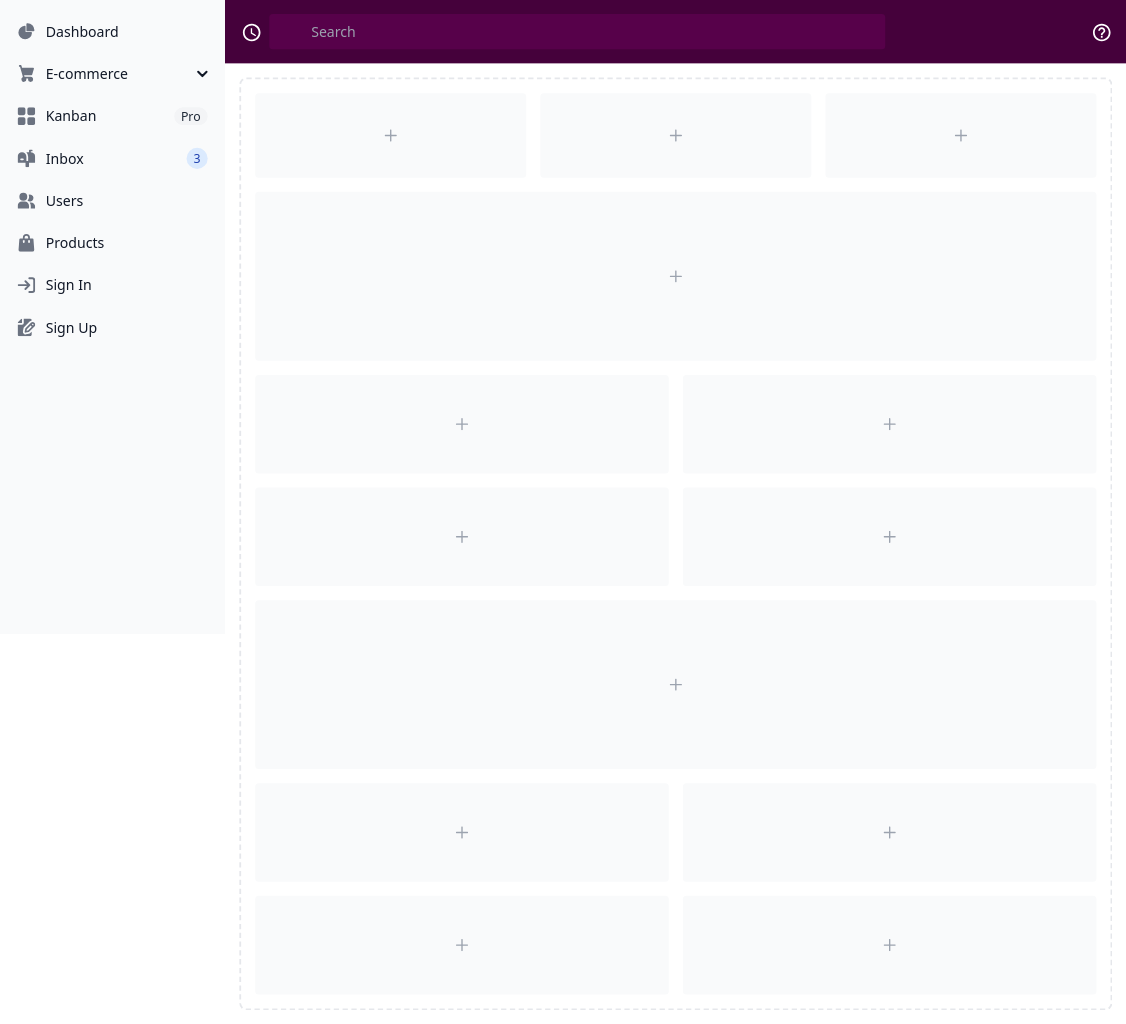
Repository: Shamraiz761/Slack_clone
Page: /
An editor plug-in stored every save of this project. The page is shown before and after the next save, followed by the edit.
The browser window is 1280 px wide. The pictures show the whole page, at 88% of full size.
The project was rebuilt for these pictures with package versions that can differ from the ones it lists, and the page was loaded fresh each time. Also part of the build but not shown: vite.config.js.

Above is the page before, as saved 2024-01-14 18:33:31.

### src/App.jsx

import React from 'react'
import Header from './components/header/Header'
import Sidebar from './components/sidebar/Sidebar'
function App() {

  return (
   <div>
    <Header />
    <Sidebar />
   </div>
  )
}

export default App

### src/components/sidebar/Sidebar.jsx
import React from 'react'


function Sidebar() {
  return (
    <div>
    <button data-drawer-target="sidebar-multi-level-sidebar" data-drawer-toggle="sidebar-multi-level-sidebar" aria-controls="sidebar-multi-level-sidebar" type="button" className="inline-flex items-center p-2 mt-2 ms-3 text-sm text-gray-500 rounded-lg sm:hidden hover:bg-gray-100 focus:outline-none focus:ring-2 focus:ring-gray-200 dark:text-gray-400 dark:hover:bg-gray-700 dark:focus:ring-gray-600">
       <span className="sr-only">Open sidebar</span>
       <svg className="w-6 h-6" aria-hidden="true" fill="currentColor" viewBox="0 0 20 20" xmlns="http://www.w3.org/2000/svg">
       <path clip-rule="evenodd" fill-rule="evenodd" d="M2 4.75A.75.75 0 012.75 4h14.5a.75.75 0 010 1.5H2.75A.75.75 0 012 4.75zm0 10.5a.75.75 0 01.75-.75h7.5a.75.75 0 010 1.5h-7.5a.75.75 0 01-.75-.75zM2 10a.75.75 0 01.75-.75h14.5a.75.75 0 010 1.5H2.75A.75.75 0 012 10z"></path>
       </svg>
    </button>

    <aside id="sidebar-multi-level-sidebar" className="fixed top-0 left-0 z-40 w-64 h-screen transition-transform -translate-x-full sm:translate-x-0" aria-label="Sidebar">
       <div className="h-full px-3 py-4 overflow-y-auto bg-gray-50 dark:bg-gray-800">
          <ul className="space-y-2 font-medium">
             <li>
                <a href="#" className="flex items-center p-2 text-gray-900 rounded-lg dark:text-white hover:bg-gray-100 dark:hover:bg-gray-700 group">
                   <svg className="w-5 h-5 text-gray-500 transition duration-75 dark:text-gray-400 group-hover:text-gray-900 dark:group-hover:text-white" aria-hidden="true" xmlns="http://www.w3.org/2000/svg" fill="currentColor" viewBox="0 0 22 21">
                      <path d="M16.975 11H10V4.025a1 1 0 0 0-1.066-.998 8.5 8.5 0 1 0 9.039 9.039.999.999 0 0 0-1-1.066h.002Z"/>
                      <path d="M12.5 0c-.157 0-.311.01-.565.027A1 1 0 0 0 11 1.02V10h8.975a1 1 0 0 0 1-.935c.013-.188.028-.374.028-.565A8.51 8.51 0 0 0 12.5 0Z"/>
                   </svg>
                   <span className="ms-3">Dashboard</span>
                </a>
             </li>
             <li>
                <button type="button" className="flex items-center w-full p-2 text-base text-gray-900 transition duration-75 rounded-lg group hover:bg-gray-100 dark:text-white dark:hover:bg-gray-700" aria-controls="dropdown-example" data-collapse-toggle="dropdown-example">
                      <svg className="flex-shrink-0 w-5 h-5 text-gray-500 transition duration-75 group-hover:text-gray-900 dark:text-gray-400 dark:group-hover:text-white" aria-hidden="true" xmlns="http://www.w3.org/2000/svg" fill="currentColor" viewBox="0 0 18 21">
                         <path d="M15 12a1 1 0 0 0 .962-.726l2-7A1 1 0 0 0 17 3H3.77L3.175.745A1 1 0 0 0 2.208 0H1a1 1 0 0 0 0 2h.438l.6 2.255v.019l2 7 .746 2.986A3 3 0 1 0 9 17a2.966 2.966 0 0 0-.184-1h2.368c-.118.32-.18.659-.184 1a3 3 0 1 0 3-3H6.78l-.5-2H15Z"/>
                      </svg>
                      <span className="flex-1 ms-3 text-left rtl:text-right whitespace-nowrap">E-commerce</span>
                      <svg className="w-3 h-3" aria-hidden="true" xmlns="http://www.w3.org/2000/svg" fill="none" viewBox="0 0 10 6">
                         <path stroke="currentColor" stroke-linecap="round" stroke-linejoin="round" stroke-width="2" d="m1 1 4 4 4-4"/>
                      </svg>
                </button>
                <ul id="dropdown-example" className="hidden py-2 space-y-2">
                      <li>
                         <a href="#" className="flex items-center w-full p-2 text-gray-900 transition duration-75 rounded-lg pl-11 group hover:bg-gray-100 dark:text-white dark:hover:bg-gray-700">Products</a>
                      </li>
                      <li>
                         <a href="#" className="flex items-center w-full p-2 text-gray-900 transition duration-75 rounded-lg pl-11 group hover:bg-gray-100 dark:text-white dark:hover:bg-gray-700">Billing</a>
                      </li>
                      <li>
                         <a href="#" className="flex items-center w-full p-2 text-gray-900 transition duration-75 rounded-lg pl-11 group hover:bg-gray-100 dark:text-white dark:hover:bg-gray-700">Invoice</a>
                      </li>
                </ul>
             </li>
             <li>
                <a href="#" className="flex items-center p-2 text-gray-900 rounded-lg dark:text-white hover:bg-gray-100 dark:hover:bg-gray-700 group">
                   <svg className="flex-shrink-0 w-5 h-5 text-gray-500 transition duration-75 dark:text-gray-400 group-hover:text-gray-900 dark:group-hover:text-white" aria-hidden="true" xmlns="http://www.w3.org/2000/svg" fill="currentColor" viewBox="0 0 18 18">
                      <path d="M6.143 0H1.857A1.857 1.857 0 0 0 0 1.857v4.286C0 7.169.831 8 1.857 8h4.286A1.857 1.857 0 0 0 8 6.143V1.857A1.857 1.857 0 0 0 6.143 0Zm10 0h-4.286A1.857 1.857 0 0 0 10 1.857v4.286C10 7.169 10.831 8 11.857 8h4.286A1.857 1.857 0 0 0 18 6.143V1.857A1.857 1.857 0 0 0 16.143 0Zm-10 10H1.857A1.857 1.857 0 0 0 0 11.857v4.286C0 17.169.831 18 1.857 18h4.286A1.857 1.857 0 0 0 8 16.143v-4.286A1.857 1.857 0 0 0 6.143 10Zm10 0h-4.286A1.857 1.857 0 0 0 10 11.857v4.286c0 1.026.831 1.857 1.857 1.857h4.286A1.857 1.857 0 0 0 18 16.143v-4.286A1.857 1.857 0 0 0 16.143 10Z"/>
                   </svg>
                   <span className="flex-1 ms-3 whitespace-nowrap">Kanban</span>
                   <span className="inline-flex items-center justify-center px-2 ms-3 text-sm font-medium text-gray-800 bg-gray-100 rounded-full dark:bg-gray-700 dark:text-gray-300">Pro</span>
                </a>
             </li>
             <li>
                <a href="#" className="flex items-center p-2 text-gray-900 rounded-lg dark:text-white hover:bg-gray-100 dark:hover:bg-gray-700 group">
                   <svg className="flex-shrink-0 w-5 h-5 text-gray-500 transition duration-75 dark:text-gray-400 group-hover:text-gray-900 dark:group-hover:text-white" aria-hidden="true" xmlns="http://www.w3.org/2000/svg" fill="currentColor" viewBox="0 0 20 20">
                      <path d="m17.418 3.623-.018-.008a6.713 6.713 0 0 0-2.4-.569V2h1a1 1 0 1 0 0-2h-2a1 1 0 0 0-1 1v2H9.89A6.977 6.977 0 0 1 12 8v5h-2V8A5 5 0 1 0 0 8v6a1 1 0 0 0 1 1h8v4a1 1 0 0 0 1 1h2a1 1 0 0 0 1-1v-4h6a1 1 0 0 0 1-1V8a5 5 0 0 0-2.582-4.377ZM6 12H4a1 1 0 0 1 0-2h2a1 1 0 0 1 0 2Z"/>
                   </svg>
                   <span className="flex-1 ms-3 whitespace-nowrap">Inbox</span>
                   <span className="inline-flex items-center justify-center w-3 h-3 p-3 ms-3 text-sm font-medium text-blue-800 bg-blue-100 rounded-full dark:bg-blue-900 dark:text-blue-300">3</span>
                </a>
             </li>
             <li>
                <a href="#" className="flex items-center p-2 text-gray-900 rounded-lg dark:text-white hover:bg-gray-100 dark:hover:bg-gray-700 group">
                   <svg className="flex-shrink-0 w-5 h-5 text-gray-500 transition duration-75 dark:text-gray-400 group-hover:text-gray-900 dark:group-hover:text-white" aria-hidden="true" xmlns="http://www.w3.org/2000/svg" fill="currentColor" viewBox="0 0 20 18">
                      <path d="M14 2a3.963 3.963 0 0 0-1.4.267 6.439 6.439 0 0 1-1.331 6.638A4 4 0 1 0 14 2Zm1 9h-1.264A6.957 6.957 0 0 1 15 15v2a2.97 2.97 0 0 1-.184 1H19a1 1 0 0 0 1-1v-1a5.006 5.006 0 0 0-5-5ZM6.5 9a4.5 4.5 0 1 0 0-9 4.5 4.5 0 0 0 0 9ZM8 10H5a5.006 5.006 0 0 0-5 5v2a1 1 0 0 0 1 1h11a1 1 0 0 0 1-1v-2a5.006 5.006 0 0 0-5-5Z"/>
                   </svg>
                   <span className="flex-1 ms-3 whitespace-nowrap">Users</span>
                </a>
             </li>
             <li>
                <a href="#" className="flex items-center p-2 text-gray-900 rounded-lg dark:text-white hover:bg-gray-100 dark:hover:bg-gray-700 group">
                   <svg className="flex-shrink-0 w-5 h-5 text-gray-500 transition duration-75 dark:text-gray-400 group-hover:text-gray-900 dark:group-hover:text-white" aria-hidden="true" xmlns="http://www.w3.org/2000/svg" fill="currentColor" viewBox="0 0 18 20">
                      <path d="M17 5.923A1 1 0 0 0 16 5h-3V4a4 4 0 1 0-8 0v1H2a1 1 0 0 0-1 .923L.086 17.846A2 2 0 0 0 2.08 20h13.84a2 2 0 0 0 1.994-2.153L17 5.923ZM7 9a1 1 0 0 1-2 0V7h2v2Zm0-5a2 2 0 1 1 4 0v1H7V4Zm6 5a1 1 0 1 1-2 0V7h2v2Z"/>
                   </svg>
                   <span className="flex-1 ms-3 whitespace-nowrap">Products</span>
                </a>
             </li>
             <li>
                <a href="#" className="flex items-center p-2 text-gray-900 rounded-lg dark:text-white hover:bg-gray-100 dark:hover:bg-gray-700 group">
                   <svg className="flex-shrink-0 w-5 h-5 text-gray-500 transition duration-75 dark:text-gray-400 group-hover:text-gray-900 dark:group-hover:text-white" aria-hidden="true" xmlns="http://www.w3.org/2000/svg" fill="none" viewBox="0 0 18 16">
                      <path stroke="currentColor" stroke-linecap="round" stroke-linejoin="round" stroke-width="2" d="M1 8h11m0 0L8 4m4 4-4 4m4-11h3a2 2 0 0 1 2 2v10a2 2 0 0 1-2 2h-3"/>
                   </svg>
                   <span className="flex-1 ms-3 whitespace-nowrap">Sign In</span>
                </a>
             </li>
             <li>
                <a href="#" className="flex items-center p-2 text-gray-900 rounded-lg dark:text-white hover:bg-gray-100 dark:hover:bg-gray-700 group">
                   <svg className="flex-shrink-0 w-5 h-5 text-gray-500 transition duration-75 dark:text-gray-400 group-hover:text-gray-900 dark:group-hover:text-white" aria-hidden="true" xmlns="http://www.w3.org/2000/svg" fill="currentColor" viewBox="0 0 20 20">
                      <path d="M5 5V.13a2.96 2.96 0 0 0-1.293.749L.879 3.707A2.96 2.96 0 0 0 .13 5H5Z"/>
                      <path d="M6.737 11.061a2.961 2.961 0 0 1 .81-1.515l6.117-6.116A4.839 4.839 0 0 1 16 2.141V2a1.97 1.97 0 0 0-1.933-2H7v5a2 2 0 0 1-2 2H0v11a1.969 1.969 0 0 0 1.933 2h12.134A1.97 1.97 0 0 0 16 18v-3.093l-1.546 1.546c-.413.413-.94.695-1.513.81l-3.4.679a2.947 2.947 0 0 1-1.85-.227 2.96 2.96 0 0 1-1.635-3.257l.681-3.397Z"/>
                      <path d="M8.961 16a.93.93 0 0 0 .189-.019l3.4-.679a.961.961 0 0 0 .49-.263l6.118-6.117a2.884 2.884 0 0 0-4.079-4.078l-6.117 6.117a.96.96 0 0 0-.263.491l-.679 3.4A.961.961 0 0 0 8.961 16Zm7.477-9.8a.958.958 0 0 1 .68-.281.961.961 0 0 1 .682 1.644l-.315.315-1.36-1.36.313-.318Zm-5.911 5.911 4.236-4.236 1.359 1.359-4.236 4.237-1.7.339.341-1.699Z"/>
                   </svg>
                   <span className="flex-1 ms-3 whitespace-nowrap">Sign Up</span>
                </a>
             </li>
          </ul>
       </div>
    </aside>

    <div className="p-4 sm:ml-64">
       <div className="p-4 border-2 border-gray-200 border-dashed rounded-lg dark:border-gray-700">
          <div className="grid grid-cols-3 gap-4 mb-4">
             <div className="flex items-center justify-center h-24 rounded bg-gray-50 dark:bg-gray-800">
                <p className="text-2xl text-gray-400 dark:text-gray-500">
                   <svg className="w-3.5 h-3.5" aria-hidden="true" xmlns="http://www.w3.org/2000/svg" fill="none" viewBox="0 0 18 18">
                      <path stroke="currentColor" stroke-linecap="round" stroke-linejoin="round" stroke-width="2" d="M9 1v16M1 9h16"/>
                   </svg>
                </p>
             </div>
             <div className="flex items-center justify-center h-24 rounded bg-gray-50 dark:bg-gray-800">
                <p className="text-2xl text-gray-400 dark:text-gray-500">
                   <svg className="w-3.5 h-3.5" aria-hidden="true" xmlns="http://www.w3.org/2000/svg" fill="none" viewBox="0 0 18 18">
                      <path stroke="currentColor" stroke-linecap="round" stroke-linejoin="round" stroke-width="2" d="M9 1v16M1 9h16"/>
                   </svg>
                </p>
             </div>
             <div className="flex items-center justify-center h-24 rounded bg-gray-50 dark:bg-gray-800">
                <p className="text-2xl text-gray-400 dark:text-gray-500">
                   <svg className="w-3.5 h-3.5" aria-hidden="true" xmlns="http://www.w3.org/2000/svg" fill="none" viewBox="0 0 18 18">
                      <path stroke="currentColor" stroke-linecap="round" stroke-linejoin="round" stroke-width="2" d="M9 1v16M1 9h16"/>
                   </svg>
                </p>
             </div>
          </div>
          <div className="flex items-center justify-center h-48 mb-4 rounded bg-gray-50 dark:bg-gray-800">
             <p className="text-2xl text-gray-400 dark:text-gray-500">
                <svg className="w-3.5 h-3.5" aria-hidden="true" xmlns="http://www.w3.org/2000/svg" fill="none" viewBox="0 0 18 18">
                   <path stroke="currentColor" stroke-linecap="round" stroke-linejoin="round" stroke-width="2" d="M9 1v16M1 9h16"/>
                </svg>
             </p>
          </div>
          <div className="grid grid-cols-2 gap-4 mb-4">
             <div className="flex items-center justify-center rounded bg-gray-50 h-28 dark:bg-gray-800">
                <p className="text-2xl text-gray-400 dark:text-gray-500">
                   <svg className="w-3.5 h-3.5" aria-hidden="true" xmlns="http://www.w3.org/2000/svg" fill="none" viewBox="0 0 18 18">
                      <path stroke="currentColor" stroke-linecap="round" stroke-linejoin="round" stroke-width="2" d="M9 1v16M1 9h16"/>
                   </svg>
                </p>
             </div>
             <div className="flex items-center justify-center rounded bg-gray-50 h-28 dark:bg-gray-800">
                <p className="text-2xl text-gray-400 dark:text-gray-500">
                   <svg className="w-3.5 h-3.5" aria-hidden="true" xmlns="http://www.w3.org/2000/svg" fill="none" viewBox="0 0 18 18">
                      <path stroke="currentColor" stroke-linecap="round" stroke-linejoin="round" stroke-width="2" d="M9 1v16M1 9h16"/>
                   </svg>
                </p>
             </div>
             <div className="flex items-center justify-center rounded bg-gray-50 h-28 dark:bg-gray-800">
                <p className="text-2xl text-gray-400 dark:text-gray-500">
                   <svg className="w-3.5 h-3.5" aria-hidden="true" xmlns="http://www.w3.org/2000/svg" fill="none" viewBox="0 0 18 18">
                      <path stroke="currentColor" stroke-linecap="round" stroke-linejoin="round" stroke-width="2" d="M9 1v16M1 9h16"/>
                   </svg>
                </p>
             </div>
             <div className="flex items-center justify-center rounded bg-gray-50 h-28 dark:bg-gray-800">
                <p className="text-2xl text-gray-400 dark:text-gray-500">
                   <svg className="w-3.5 h-3.5" aria-hidden="true" xmlns="http://www.w3.org/2000/svg" fill="none" viewBox="0 0 18 18">
                      <path stroke="currentColor" stroke-linecap="round" stroke-linejoin="round" stroke-width="2" d="M9 1v16M1 9h16"/>
                   </svg>
                </p>
             </div>
          </div>
          <div className="flex items-center justify-center h-48 mb-4 rounded bg-gray-50 dark:bg-gray-800">
             <p className="text-2xl text-gray-400 dark:text-gray-500">
                <svg className="w-3.5 h-3.5" aria-hidden="true" xmlns="http://www.w3.org/2000/svg" fill="none" viewBox="0 0 18 18">
                   <path stroke="currentColor" stroke-linecap="round" stroke-linejoin="round" stroke-width="2" d="M9 1v16M1 9h16"/>
                </svg>
             </p>
          </div>
          <div className="grid grid-cols-2 gap-4">
             <div className="flex items-center justify-center rounded bg-gray-50 h-28 dark:bg-gray-800">
                <p className="text-2xl text-gray-400 dark:text-gray-500">
                   <svg className="w-3.5 h-3.5" aria-hidden="true" xmlns="http://www.w3.org/2000/svg" fill="none" viewBox="0 0 18 18">
                      <path stroke="currentColor" stroke-linecap="round" stroke-linejoin="round" stroke-width="2" d="M9 1v16M1 9h16"/>
                   </svg>
                </p>
             </div>
             <div className="flex items-center justify-center rounded bg-gray-50 h-28 dark:bg-gray-800">
                <p className="text-2xl text-gray-400 dark:text-gray-500">
                   <svg className="w-3.5 h-3.5" aria-hidden="true" xmlns="http://www.w3.org/2000/svg" fill="none" viewBox="0 0 18 18">
                      <path stroke="currentColor" stroke-linecap="round" stroke-linejoin="round" stroke-width="2" d="M9 1v16M1 9h16"/>
                   </svg>
                </p>
             </div>
             <div className="flex items-center justify-center rounded bg-gray-50 h-28 dark:bg-gray-800">
                <p className="text-2xl text-gray-400 dark:text-gray-500">
                   <svg className="w-3.5 h-3.5" aria-hidden="true" xmlns="http://www.w3.org/2000/svg" fill="none" viewBox="0 0 18 18">
                      <path stroke="currentColor" stroke-linecap="round" stroke-linejoin="round" stroke-width="2" d="M9 1v16M1 9h16"/>
                   </svg>
                </p>
             </div>
             <div className="flex items-center justify-center rounded bg-gray-50 h-28 dark:bg-gray-800">
                <p className="text-2xl text-gray-400 dark:text-gray-500">
                   <svg className="w-3.5 h-3.5" aria-hidden="true" xmlns="http://www.w3.org/2000/svg" fill="none" viewBox="0 0 18 18">
                      <path stroke="currentColor" stroke-linecap="round" stroke-linejoin="round" stroke-width="2" d="M9 1v16M1 9h16"/>
                   </svg>
                </p>
             </div>
          </div>
       </div>
    </div>
    </div>
  )
}

export default Sidebar

Loaded but not shown: index.html (common file); src/main.jsx (common file); src/index.css (common file); tailwind.config.js (common file); src/components/header/Header.jsx (47 lines, source omitted)

After the next save:
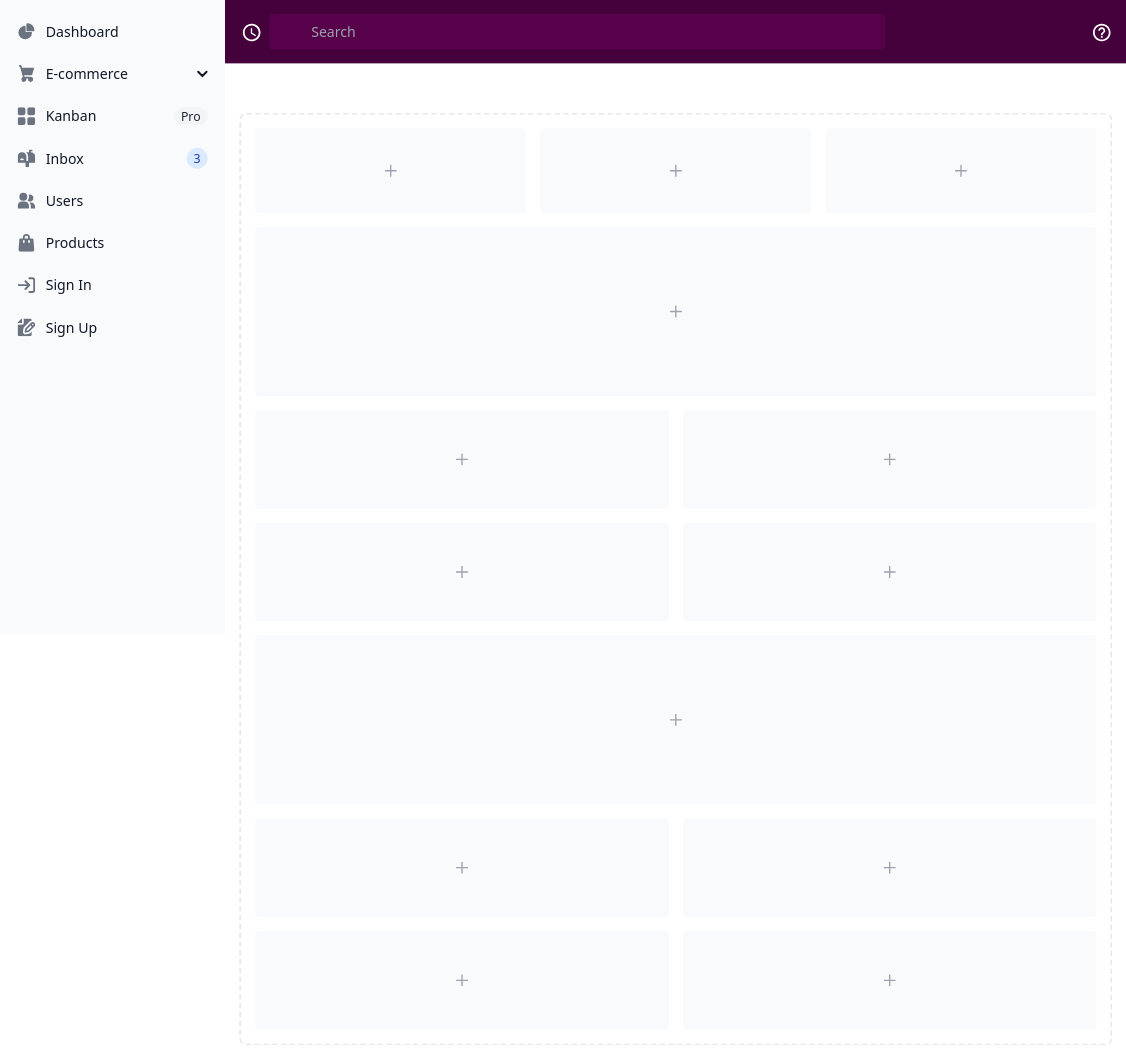
Saved 44 s later.
--- a/src/components/sidebar/Sidebar.jsx
+++ b/src/components/sidebar/Sidebar.jsx
@@ -3,7 +3,7 @@
 
 function Sidebar() {
   return (
-    <div>
+    <div className='mt-10'>
     <button data-drawer-target="sidebar-multi-level-sidebar" data-drawer-toggle="sidebar-multi-level-sidebar" aria-controls="sidebar-multi-level-sidebar" type="button" className="inline-flex items-center p-2 mt-2 ms-3 text-sm text-gray-500 rounded-lg sm:hidden hover:bg-gray-100 focus:outline-none focus:ring-2 focus:ring-gray-200 dark:text-gray-400 dark:hover:bg-gray-700 dark:focus:ring-gray-600">
        <span className="sr-only">Open sidebar</span>
        <svg className="w-6 h-6" aria-hidden="true" fill="currentColor" viewBox="0 0 20 20" xmlns="http://www.w3.org/2000/svg">

After the save that followed:
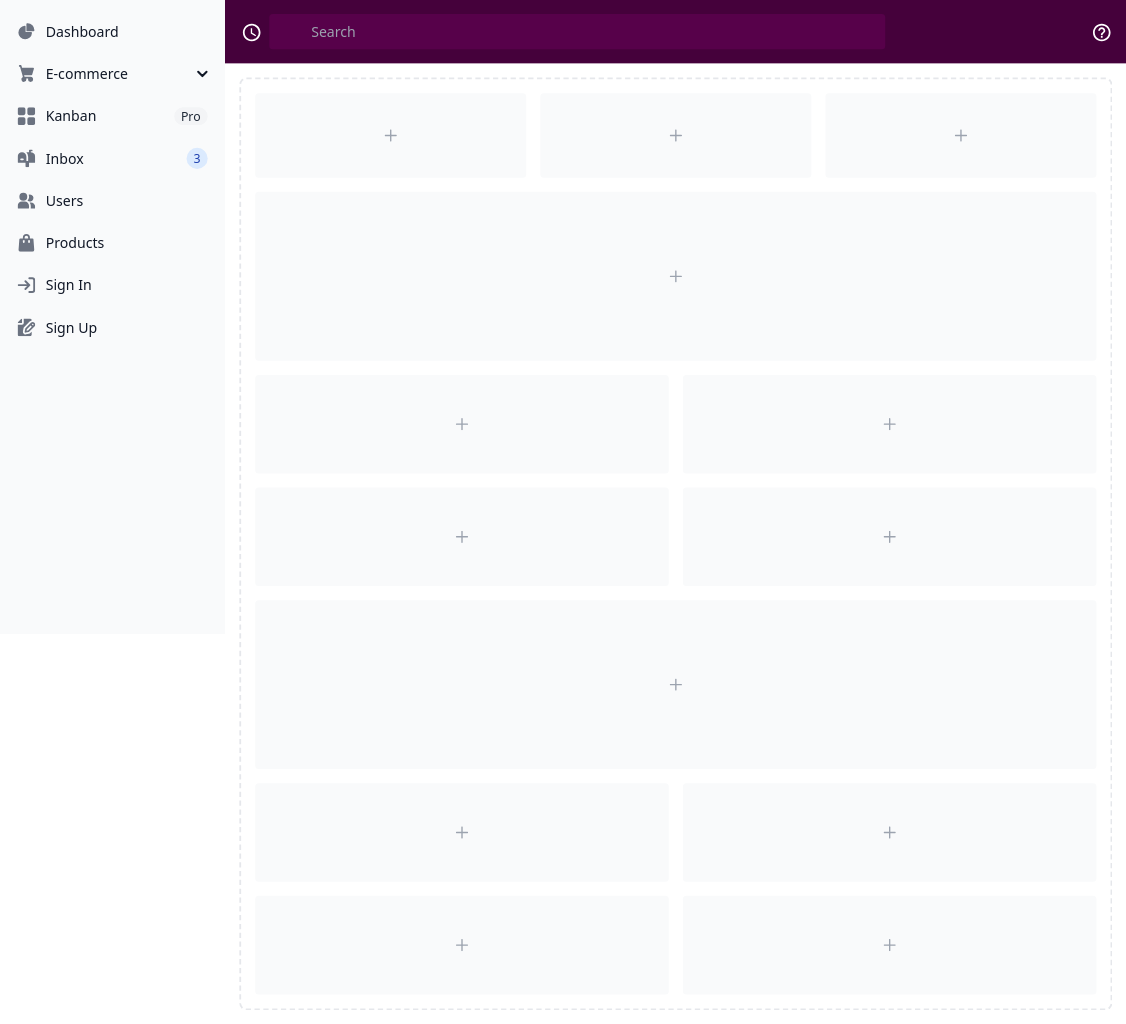
Saved 13 s later.
--- a/src/components/sidebar/Sidebar.jsx
+++ b/src/components/sidebar/Sidebar.jsx
@@ -3,7 +3,7 @@
 
 function Sidebar() {
   return (
-    <div className='mt-10'>
+    <div className=''>
     <button data-drawer-target="sidebar-multi-level-sidebar" data-drawer-toggle="sidebar-multi-level-sidebar" aria-controls="sidebar-multi-level-sidebar" type="button" className="inline-flex items-center p-2 mt-2 ms-3 text-sm text-gray-500 rounded-lg sm:hidden hover:bg-gray-100 focus:outline-none focus:ring-2 focus:ring-gray-200 dark:text-gray-400 dark:hover:bg-gray-700 dark:focus:ring-gray-600">
        <span className="sr-only">Open sidebar</span>
        <svg className="w-6 h-6" aria-hidden="true" fill="currentColor" viewBox="0 0 20 20" xmlns="http://www.w3.org/2000/svg">
